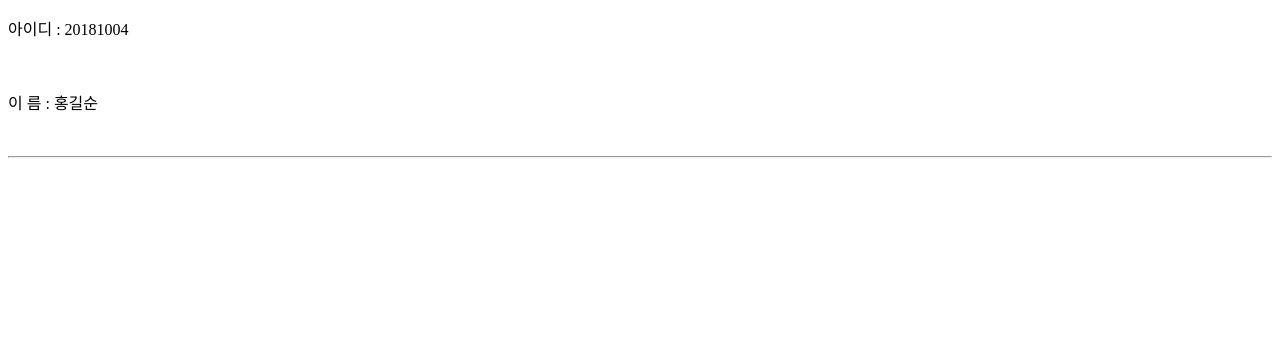
Repository: zhyuk/FullStackStudy
Page: http://localhost/jspfirst/08_02_useBean04.jsp
An editor plug-in stored every save of this project. The page is shown before and after the next save, followed by the edit.
The browser window is 1280 px wide. The pictures show the whole page.
The page is served by Tomcat 9. Other server files are loaded and not shown.

Above is the page before, as saved 2024-08-27 01:39:00.

### jsp/jspwork/jspfirst/src/main/webapp/08_02_useBean04.jsp
<%@ page language="java" contentType="text/html; charset=UTF-8"
    pageEncoding="UTF-8"%>
<!DOCTYPE html>
<html>
<head>
<meta charset="UTF-8">
<title>Insert title here</title>
</head>
<body>

	<%-- <jsp:useBean id="person" class="com.dto.Person"/> --%>
	<jsp:useBean id="person" class="com.dto.Person" scope="request"/>
	<p>아이디 : <%= person.getId() %></p><br>
	<p>이 름 : <%= person.getName() %></p><br><hr>
</body>
</html>

### jsp/jspwork/jspfirst/src/main/java/com/dto/Person.java
package com.dto;

public class Person {
	private int id = 20181004;
	private String name = "홍길순";

	public Person() {}
	public Person(int id, String name) {
		this.id = id;
		this.name = name;
	}
	public int getId() {
		return id;
	}
	public void setId(int id) {
		this.id = id;
	}
	public String getName() {
		return name;
	}
	public void setName(String name) {
		this.name = name;
	}
}

After the next save:
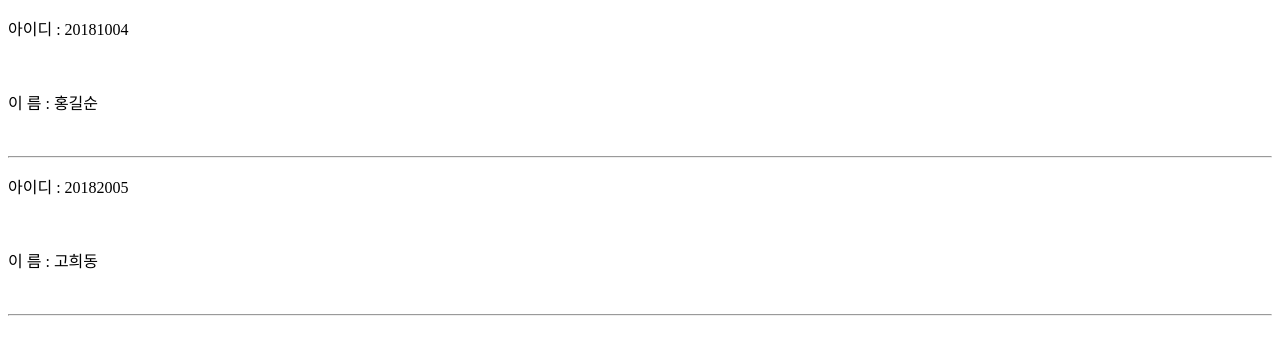
Saved 73 s later.
--- a/jsp/jspwork/jspfirst/src/main/webapp/08_02_useBean04.jsp
+++ b/jsp/jspwork/jspfirst/src/main/webapp/08_02_useBean04.jsp
@@ -12,5 +12,11 @@
 	<jsp:useBean id="person" class="com.dto.Person" scope="request"/>
 	<p>아이디 : <%= person.getId() %></p><br>
 	<p>이 름 : <%= person.getName() %></p><br><hr>
+	<%
+		person.setId(20182005);
+		person.setName("고희동");
+	%>
+	<p>아이디 : <%= person.getId() %></p><br>
+	<p>이 름 : <%= person.getName() %></p><br><hr>
 </body>
 </html>
